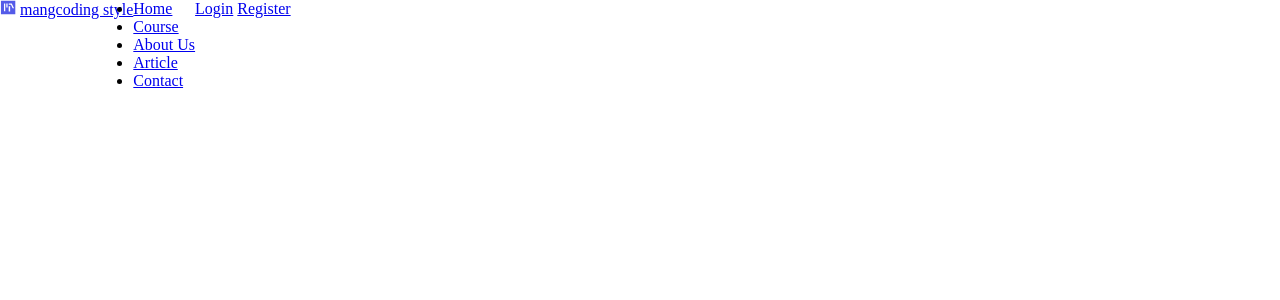
Repository: Dania-Alqam/landing-page
Page: index.html
The author's editor kept a copy of each file at every save. The page is drawn from the files as they stood at one save, then again after a run of saves.
The browser window is 1280 px wide. The pictures show the whole page.

Above is the page before, as saved 2024-06-21 19:08:21.

### index.html
<!DOCTYPE html>
<html lang="en">
<head>
    <meta charset="UTF-8">
    <meta name="viewport" content="width=device-width, initial-scale=1.0">
    <title>Document</title>
    <link rel="stylesheet" href="./assests/css/main.css"/>
    <link/>
</head>
<body>

    <header class="header">
        <div class="logo">
            <img src="./assests/images/Logo.svg" alt="logo"/>
            <a href="#">mangcoding style</a>
        </div>
        <nav class="nav">
            <ul>
                <li>
                    <a href="#">Home</a>
                </li>
                <li>
                    <a href="#">Course</a>
                </li>
                <li>
                    <a href="#">About Us</a>
                </li>
                <li>
                    <a href="#">Article</a>
                </li>
                <li>
                    <a href="#">Contact</a>
                </li>
            </ul>
        </nav>
        <div class="auth">
            <a href="#">Login</a>
            <a href="#">Register</a>
        </div>
    </header>

</body>
</html>

### assests/css/main.css
*{
    margin: 0;
    padding: 0;
    box-sizing: border-box;
}

.header{
    display: flex;
}

After the next 2 saves:
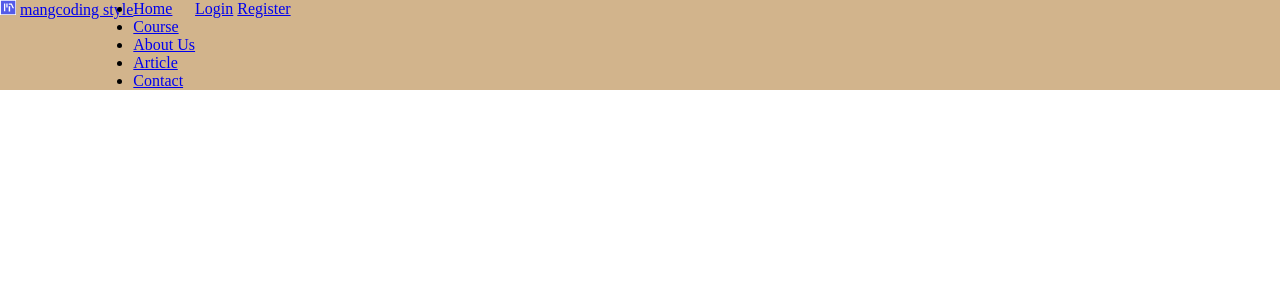
The 2 saves are shown as one change because they came seconds apart.
The last was saved 37 s later.
--- a/assests/css/main.css
+++ b/assests/css/main.css
@@ -6,4 +6,5 @@
 
 .header{
     display: flex;
+    background-color: tan
 }
